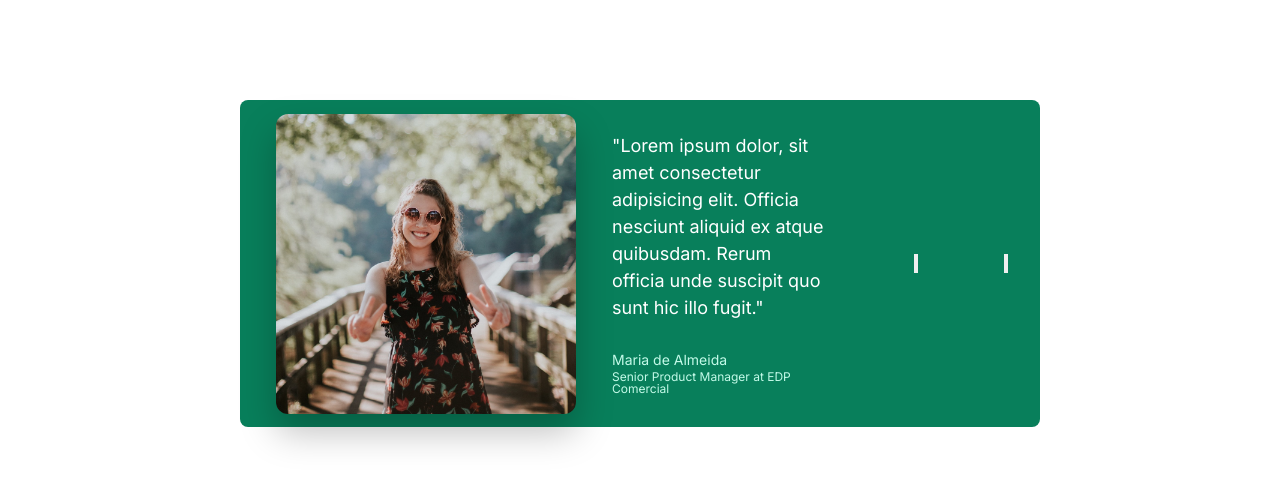
Repository: Ahmed123rezk123/06-Components
Page: carousel.html
An editor plug-in stored every save of this project. The page is shown before and after the next save, followed by the edit.
The browser window is 1280 px wide. The pictures show the whole page.

Above is the page before, as saved 2024-09-16 08:50:05.

### carousel.html
<!DOCTYPE html>
<html lang="en">
  <head>
    <meta charset="UTF-8" />
    <meta name="viewport" content="width=device-width, initial-scale=1.0" />
    <link rel="preconnect" href="https://fonts.gstatic.com" />
    <link
      href="https://fonts.googleapis.com/css2?family=Inter:wght@400;500;700&display=swap"
      rel="stylesheet"
    />
    <style>
      * {
        margin: 0;
        padding: 0;
        box-sizing: border-box;
      }

      body {
        font-family: "Inter", sans-serif;
        /* color: #343a40;
        background-color: #f8f9fa; */
        line-height: 1;
      }
      .carousel {
        width: 800px;
        margin: 100px auto;
        background-color: #087f5b;
        border-radius: 8px;
        padding: 32px;
        padding-left: 86px;
        color: #fff;
        display: flex;
        align-items: center;
        gap: 86px;
      }

      img {
        height: 200px;
        border-radius: 8px;
        transform: scale(1.5);
        box-shadow: 0 12px 24px rgb(0, 0, 0, 0.25);
      }
      .testmonial-text {
        font-size: 18px;
        font-weight: 500px;
        line-height: 1.5;
        margin-bottom: 32px;
      }
      .testmonial-auther {
        font-size: 14px;
        margin-bottom: 4px;
        color: #c3fae8;
      }

      .testmonial-job {
        font-size: 12px;
        color: #c3fae8;
      }
    </style>
    <title>Carousel</title>
  </head>
  <body>
    <div class="carousel">
      <img src="maria.jpg" alt="" />
      <blockquote class="testmonial">
        <p class="testmonial-text">
          "Lorem ipsum dolor, sit amet consectetur adipisicing elit. Officia
          nesciunt aliquid ex atque quibusdam. Rerum officia unde suscipit quo
          sunt hic illo fugit."
        </p>
        <p class="testmonial-auther">Maria de Almeida</p>
        <p class="testmonial-job">Senior Product Manager at EDP Comercial</p>
      </blockquote>

      <button class="btn">
        <svg
          xmlns="http://www.w3.org/2000/svg"
          fill="none"
          viewBox="0 0 24 24"
          stroke-width="1.5"
          stroke="currentColor"
          class="btn-icon"
        >
          <path
            stroke-linecap="round"
            stroke-linejoin="round"
            d="m8.25 4.5 7.5 7.5-7.5 7.5"
          />
        </svg>
      </button>
      <button class="btn">
        <svg
          xmlns="http://www.w3.org/2000/svg"
          fill="none"
          viewBox="0 0 24 24"
          stroke-width="1.5"
          stroke="currentColor"
          class="btn-icon"
        >
          <path
            stroke-linecap="round"
            stroke-linejoin="round"
            d="M15.75 19.5 8.25 12l7.5-7.5"
          />
        </svg>
      </button>
    </div>
  </body>
</html>

After the next save:
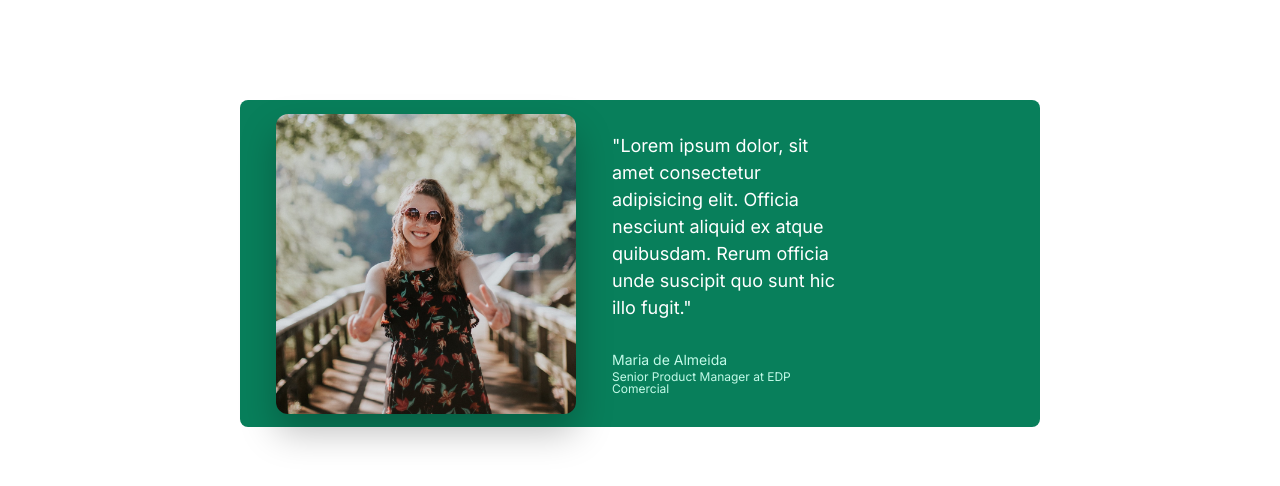
Saved 32 s later.
--- a/carousel.html
+++ b/carousel.html
@@ -56,6 +56,11 @@
         font-size: 12px;
         color: #c3fae8;
       }
+
+      .btn {
+        background-color: #fff;
+        border: none;
+      }
     </style>
     <title>Carousel</title>
   </head>
